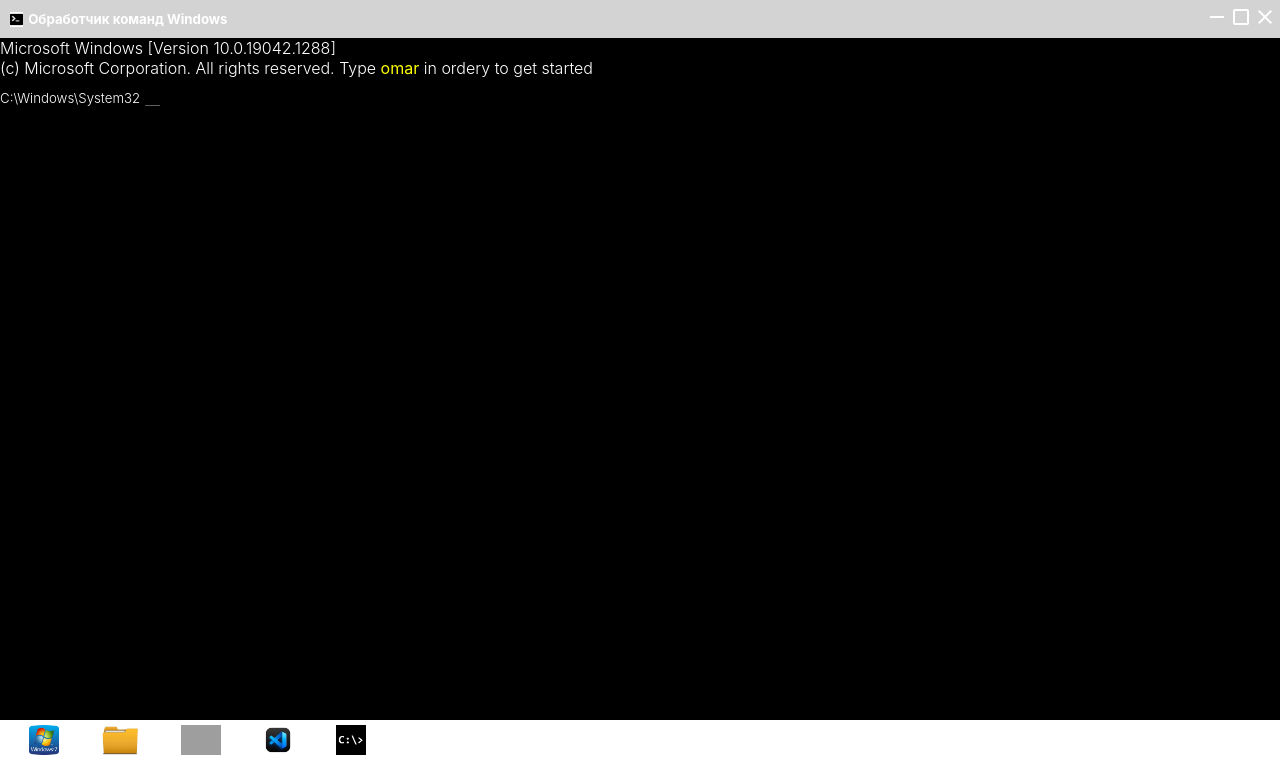
Repository: om1ars/cmd-port
Page: /
An editor plug-in stored every save of this project. The page is shown before and after the next save, followed by the edit.
The browser window is 1280 px wide. The pictures show the whole page.
Pictures or frames that could not be fetched are drawn as grey boxes. The project was rebuilt for these pictures with package versions that can differ from the ones it lists, and the page was loaded fresh each time. Also part of the build but not shown: src/Footer.js.

Above is the page before, as saved 2021-11-04 17:14:25.

### src/index.css
* {
  margin: 0;
  overflow-x: hidden;
}
body {
  margin: 0;
  font-family: -apple-system, BlinkMacSystemFont, 'Segoe UI', 'Roboto', 'Oxygen',
    'Ubuntu', 'Cantarell', 'Fira Sans', 'Droid Sans', 'Helvetica Neue',
    sans-serif;
  -webkit-font-smoothing: antialiased;
  -moz-osx-font-smoothing: grayscale;
}

code {
  font-family: source-code-pro, Menlo, Monaco, Consolas, 'Courier New',
    monospace;
}

### src/App.js
import { Close, CropSquare, Fastfood, Remove } from "@material-ui/icons";
import { useState } from "react";
import cmd from "./assets/cdm3.png";
import { Footer } from "./Footer";
import "./styles.css";
import cdm from "./assets/cdm.png";
import vs from "./assets/vs.jpg";
import google from "./assets/google.png";
import folderd from "./assets/folderd.jpg";
import windows from "./assets/windows.jpg";


function App() {
  const [state, setState] = useState("");
  const [stateSecond, setStateSecond] = useState("");
  const [omar, setOmar] = useState("");
  const [please, setPlease] = useState("");
  const [port, setPort] = useState("");
  const [about, setAbout] = useState("");
  const [exit, setExit] = useState("");
  const [shrink, setShrink] = useState(false);
  const [closeIcon, setCloseIcon] = useState(false);

  console.log(state);

  const handleSubmit = (e) => {
    e.preventDefault();
    setState("");
  };

  const handleSubmitSecond = (e) => {
    e.preventDefault();
    setStateSecond("");
  };

  const handleClick = () => {
    if (state === "omar") {
      setOmar("omar");
      setPlease("");
    } else if (state === "") {
      setPlease("Please type something otherwise you can not see anything");
      setOmar("");
    }
  };
  const handleClickSecond = () => {
    if (stateSecond === "exit") {
      setExit("exited");
      setAbout("");
      setPort("");
    } else if (stateSecond === "port") {
      setPort("port");
      setAbout("");
      setExit("");
    } else if (stateSecond === "about") {
      setPort("about");
      setAbout("");
      setExit("");
    }
  };

  const handleShrink = () => {
    setShrink(!shrink);
  };

  const handleCloseIcon = () => {
    setCloseIcon(!closeIcon);
  };

  return (
    <div className="app">
      <div
        className={`App__container ${shrink && `shrink`} ${
          closeIcon && `close`
        }`}
      >
        <div className="App__navbar">
          <div className="left">
            <img src={cmd} />
            <h5>Обработчик команд Windows</h5>
          </div>
          <div className="right">
            <Remove />
            <CropSquare onClick={handleShrink} />
            <Close onClick={handleCloseIcon} />
          </div>
        </div>
        <div className="app__context">
          <p>
            Microsoft Windows [Version 10.0.19042.1288] <br /> (c) Microsoft
            Corporation. All rights reserved. Type <span> omar </span> in ordery
            to get started
          </p>
          <h5>
            C:\Windows\System32
            <form onSubmit={handleSubmit}>
              <input
                value={state}
                onChange={(e) => setState(e.target.value)}
                type="text"
                placeholder="__"
              />
              <button type="submit" onClick={handleClick}></button>
            </form>
          </h5>
          {please && <h1>{please}</h1>}
          {omar && (
            <div className="second__layer">
              <h1>My name is Omar and I am a Fullstack Developer</h1>
              <p>
                Type <span>port</span> to get my portfolio
              </p>
              <p>
                Type <span>about</span> to get about me
              </p>
              <p>
                Type <span>exit</span> to quit
              </p>
              <h5>
                C:\Windows\System32
                <form onSubmit={handleSubmitSecond}>
                  <input
                    value={stateSecond}
                    onChange={(e) => setStateSecond(e.target.value)}
                    type="text"
                    placeholder="__"
                  />
                  <button type="submit" onClick={handleClickSecond}></button>
                </form>
              </h5>
            </div>
          )}
          {port && <p className="">{port}</p>}
          {about && <p className="">{about}</p>}
          {exit && <p className="">{exit}</p>}
        </div>
      </div>
      <div className="footer">
        <div className="icons">
          <div>
            <img className="windows" src={windows} />
          </div>
          <div>
            <img src={folderd} />
          </div>
          <div>
            <img src={google} />
          </div>
          <div>
            <img src={vs} />
          </div>
          <div>
            <img src={cdm} />
          </div>
        </div>
        <div className="hours"></div>
      </div>
    </div>
  );
}

export default App;

### src/styles.css
.App__container {
  background-color: black;
  min-height: 100vh;
  color: white;
}
.App__navbar {
  /* height: 25px; */
  width: 99%;
  padding-right: 25px;
  background-color: lightgray;
  padding-left: 10px;
  padding-top: 5px;
  display: flex;
  padding-bottom: 5px;
  align-items: center;
}
.App__navbar > h5 {
  color: black;
}
.left {
  display: flex;
  align-items: center;
}
.left > img {
  height: 15px;
  margin-right: 5px;
  object-fit: contain;
}

.app__context > p {
  font-weight: 300;
}
.app__context > h5 {
  margin-top: 12px;
  font-weight: 300;
  margin-right: 5px;
}

input {
  border: none;
  outline: none;
  width: 80%;
  background-color: black;
}
input {
  color: yellow;
  margin-left: 3px;
}
button {
  display: none;
}
.app__context > h5 {
  display: flex;
}
.app__context > p > span {
  color: yellow;
  font-weight: 400;
}
.App__navbar {
  display: flex;
  align-items: center;
  justify-content: space-between;
}
.please {
  color: yellow;
  font-weight: 400;
}

.second__layer {
  display: flex;
  flex-direction: column;
}
.second__layer > p > span {
  color: yellow;
  font-weight: 400;
  margin-bottom: 10px;
}

.second__layer > h5 {
  margin-top: 25px;
}
.shrink {
  width: 800px;
  min-height: 500px;
  margin: auto;
}
.close {
  display: none;
}


.footer {
  display: flex;
  justify-content: space-between;
  align-items: center;
  position: relative;
  bottom: 0;
  padding: 5px 8px;
}
.icons {
  display: flex;
  align-items: center;
  justify-content: space-around;
  flex: 0.3;
}
.icons > div > img {
  height: 30px;
  object-fit: contain;
  cursor: pointer;
}
.icons > div:hover {
  background-color: gray;
}
.windows {
  /* margin-right: 20px; */
}

.app {
  position: relative;
}

Loaded but not shown: public/index.html (common file); src/index.js (common file)

After the next save:
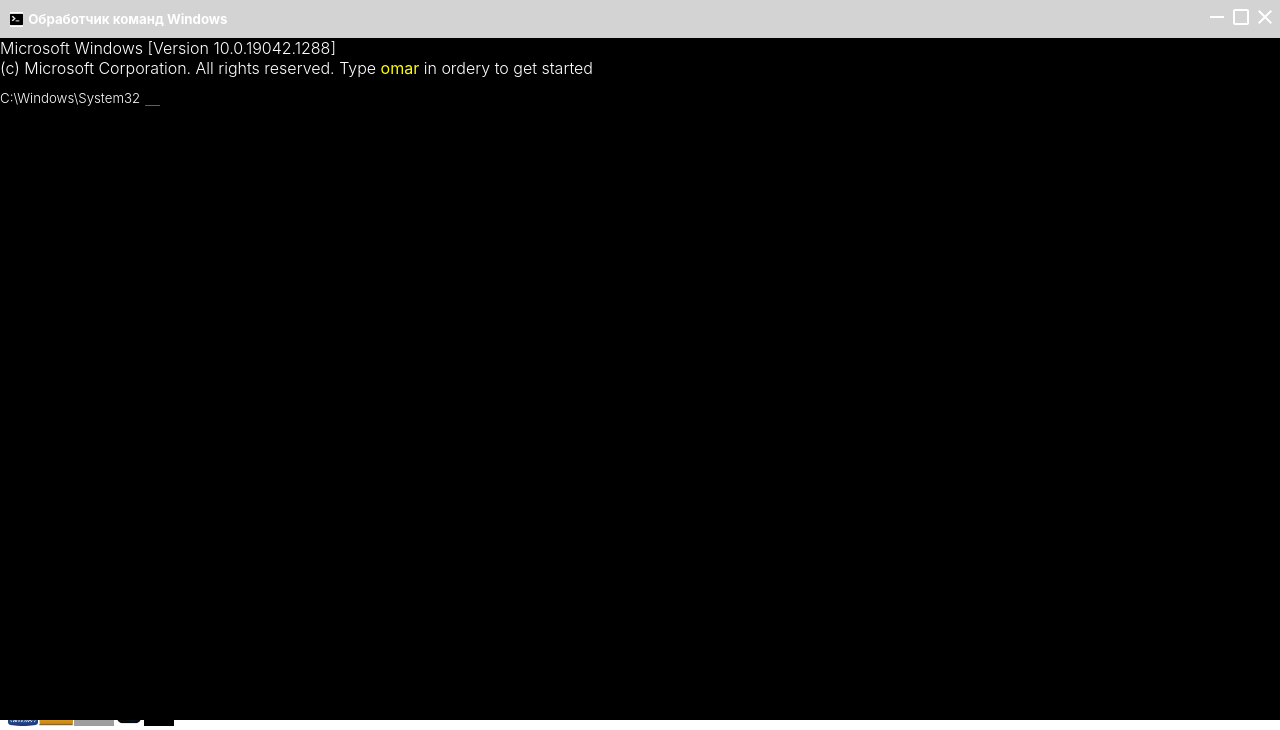
Saved 10 s later.
--- a/src/styles.css
+++ b/src/styles.css
@@ -98,6 +98,10 @@
   padding: 5px 8px;
 }
 .icons {
+  position: absolute;
+  bottom: 0;
+}
+.icons {
   display: flex;
   align-items: center;
   justify-content: space-around;
